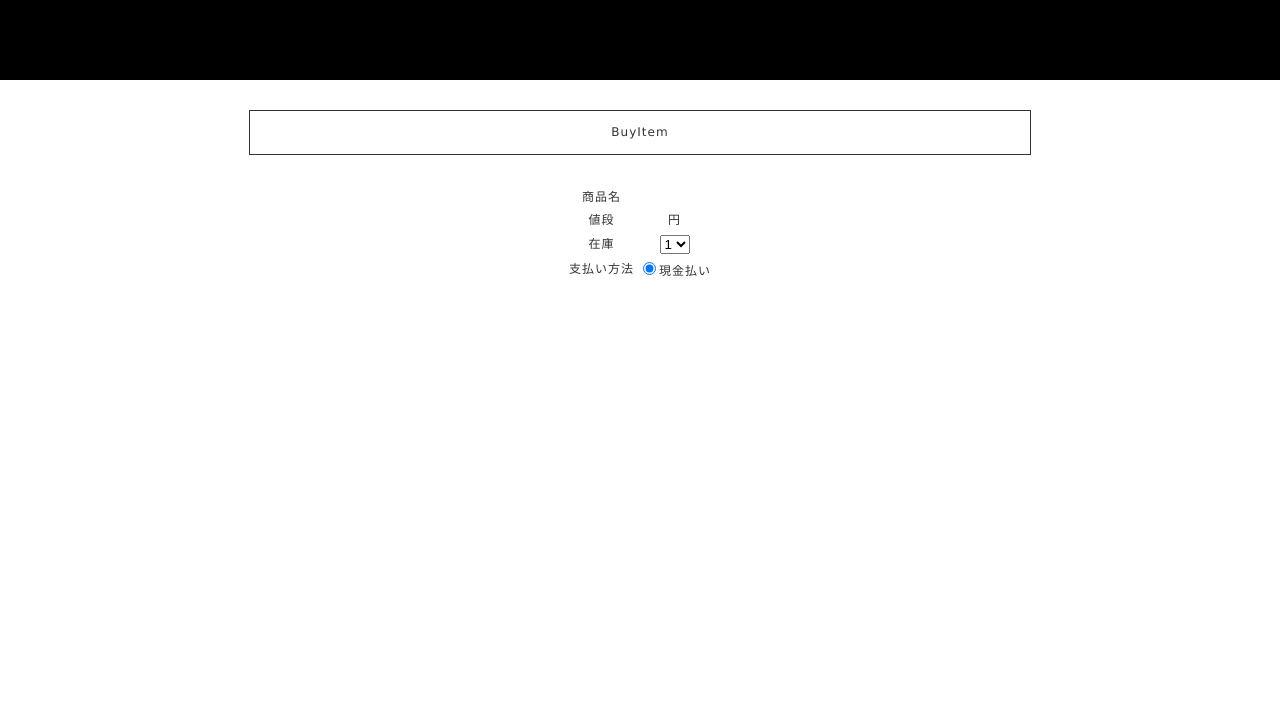
Repository: REDsky96/test
Page: http://localhost/template/buyItem.jsp
The author's editor kept a copy of each file at every save. The page is drawn from the files as they stood at one save, then again after the next save.
The browser window is 1280 px wide. The pictures show the whole page.
The page is served by Tomcat 9.

Above is the page before, as saved 2018-11-02 06:18:34.

After the next save:
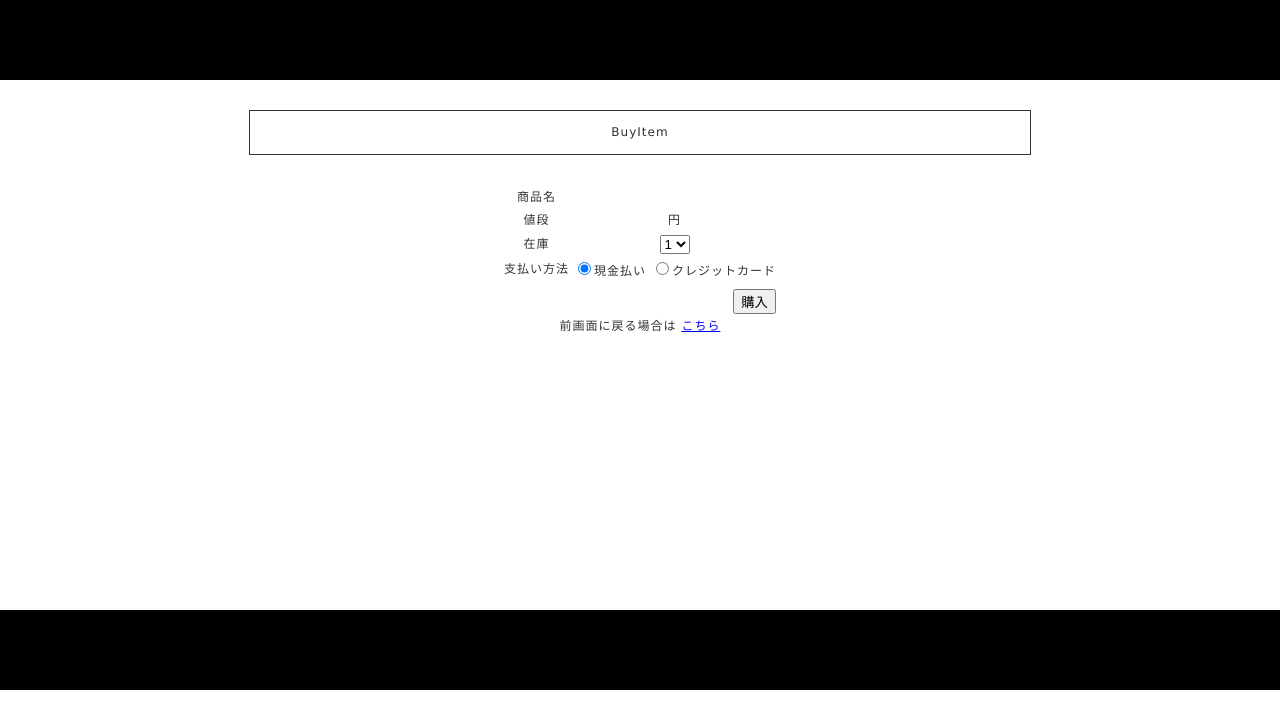
Saved 7 min 55 s later.
--- a/template/WebContent/buyItem.jsp
+++ b/template/WebContent/buyItem.jsp
@@ -110,8 +110,27 @@
             </td>
             <td>
               <input type = "radio" name = "pay" value = "1" checked = "checked">現金払い
-              </td></tr>
-            </table></s:form></div></div>
+              <input type = "radio" name = "pay" value = "2">クレジットカード
+              </td>
+          </tr>
+
+          <tr>
+            <td>
+              <s:submit value = "購入"/>
+              </td>
+          </tr>
+        </table>
+      </s:form>
+        <div>
+          <span>前画面に戻る場合は</span>
+          <a href = '<s:url action = "HomeAction"/>'>こちら</a>
+        </div>
+      </div>
+    </div>
+
+    <div id = "footer">
+      <div id = "pr"></div>
+    </div>
 
 </body>
 </html>
